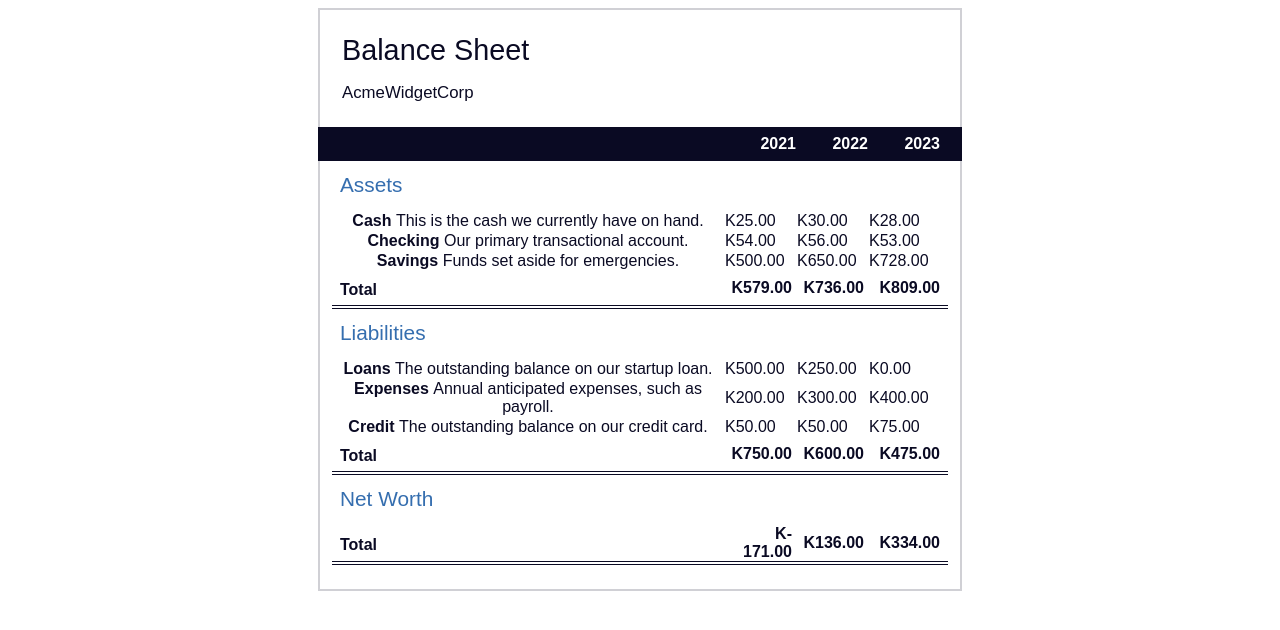
Repository: Lungdjos/balance_shee
Page: index.html
The author's editor kept a copy of each file at every save. The page is drawn from the files as they stood at one save, then again after a run of saves.
The browser window is 1280 px wide. The pictures show the whole page.

Above is the page before, as saved 2023-11-04 23:23:50.

After the next 2 saves:
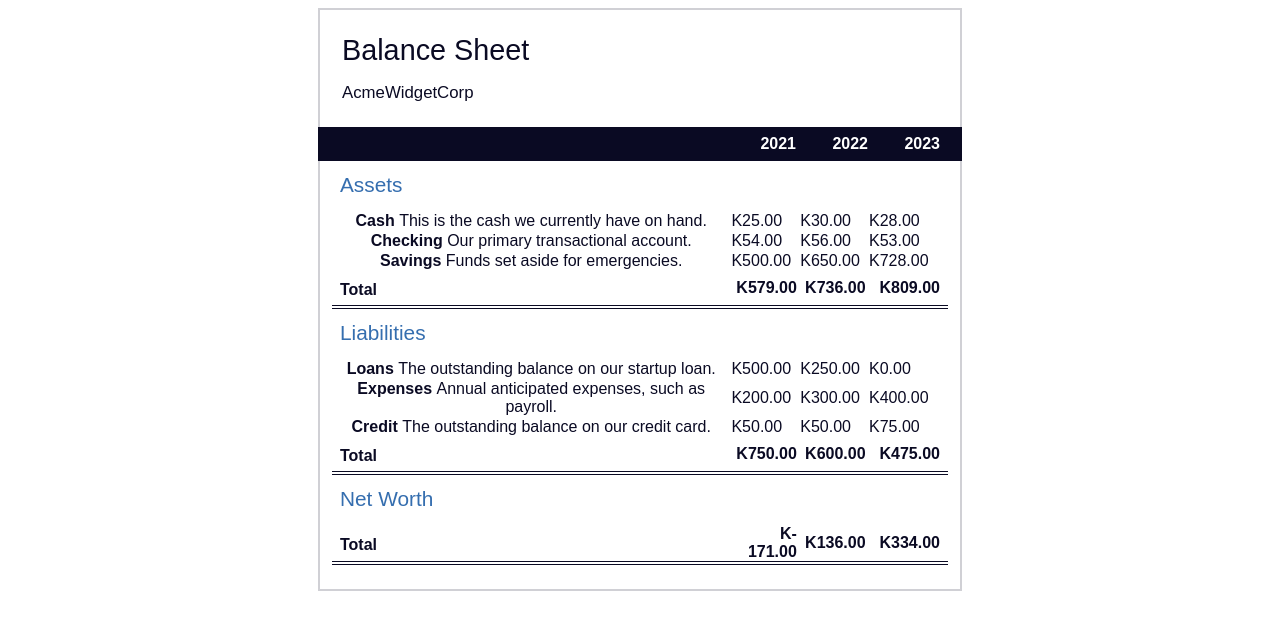
The 2 saves are shown as one change because they came seconds apart.
The last was saved 15 s later.
--- a/styles.css
+++ b/styles.css
@@ -115,7 +115,7 @@
 
     tr.total td {
         text-align: right;
-        padding: 0 .25rem;
+        padding: 0 .15rem;
     }
 
     tr.total td:nth-of-type(3) {

After the save that followed:
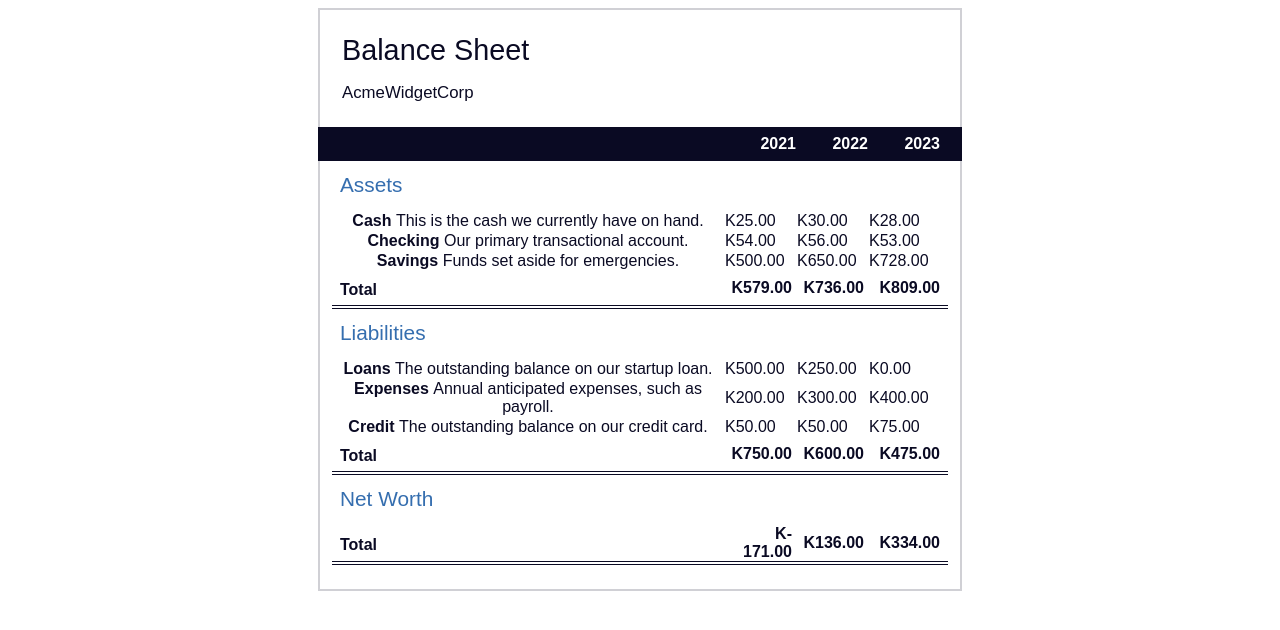
Saved 8 s later.
--- a/styles.css
+++ b/styles.css
@@ -115,7 +115,7 @@
 
     tr.total td {
         text-align: right;
-        padding: 0 .15rem;
+        padding: 0 .25rem;
     }
 
     tr.total td:nth-of-type(3) {
